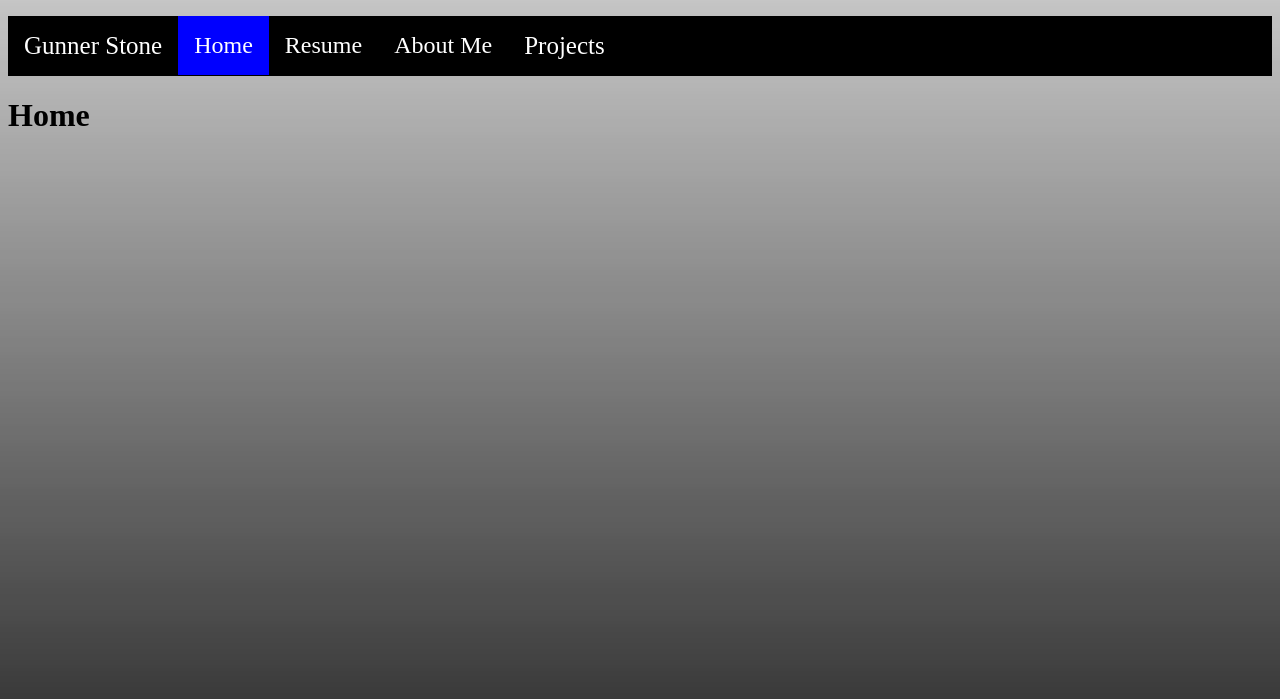
Repository: GunnarStone/GunnarStone.github.io
Page: index.html
The author's editor kept a record of every edit. The page is drawn from the files as they stood at one moment, then again after the next edit.
The browser window is 1280 px wide. The pictures show the whole page.

Above is the page before.

### index.html
<!DOCTYPE html>
<html>
<head>
<title>Home</title>
<link rel="stylesheet" type="text/css" href="style.css">
</head>
<body>
    <ul class=navbar>
        <li id="me">Gunner Stone</li>
        <li class="active"><a href="index.html">Home</a></li>
        <li><a href="resume.html">Resume</a></li>
        <li><a href="aboutme.html">About Me</a></li>
        <li class="dropdown">
            <div class="youre-Special" >Projects</div>
            <ul class="dropdown-cnt">
                <li><a href="project1.html">Project One</a></li>
                <li><a href="project2.html">Project Two</a></li>
                <li><a href="project3.html">Project Three</a></li>
            </ul>
        </li>
    </ul>
    <h1>Home</h1>
<script>



</script>
</body>
</html>

### style.css

    .navbar {
        list-style:none;
        background-color:Black;
        overflow: hidden;
        padding:0;
    }
    .navbar a{
        text-decoration:none;
        color:white;
        font-size:24px;
        padding:16px;
        display: inline-block;
    }
    .navbar li{
        float:left;
    }
    .navbar li:hover{
        background-color:Black;
    }
    .dropdown-cnt{
        list-style:none;
        padding:0;
        display:none;
    }
    .dropdown-cnt li{
        float:none;
        padding:0;
    }
    .navbar a, dropdown div {
        text-decoration:none;
        color:white;
        font-size:24px;
        padding:16px;
        display: inline-block;
    }
    .youre-Special{
        font-size: 25px;
        padding:16px;
        color:white;
        display:inline-block;
    }
    .dropdown:hover .dropdown-cnt{
        display:block;
    }
    .navbar a:hover{
        background-color:White;
        color:black;

    }
    .active {
        background-color:blue;
    }
        .navbar {
        list-style:none;
        background-color:Black;
        overflow: hidden;
        padding:0;
    }
    .navbar a{
        text-decoration:none;
        color:white;
        font-size:24px;
        padding:16px;
        display: inline-block;
    }
    .navbar li{
        float:left;
    }
    .navbar li:hover{
        background-color:Black;
    }
    .dropdown-cnt{
        list-style:none;
        padding:0;
        display:none;
    }
    .dropdown-cnt li{
        float:none;
        padding:0;
    }
    .navbar a, dropdown div {
        text-decoration:none;
        color:white;
        font-size:24px;
        padding:16px;
        display: inline-block;
    }
    .youre-Special{
        font-size: 25px;
        padding:16px;
        color:white;
        display:inline-block;
    }
    .dropdown:hover .dropdown-cnt{
        display:block;
    }
    .navbar a:hover{
        background-color:White;
        color:black;
    }
    .active{
        background-color:blue;
    }
    .youreOmegaSpecial{
        background-color:blue;
        font-size: 25px;
        padding:16px;
        color:white;
        display:inline-block;
    }
    .heyKid-yourePrettySpecial{
        background-color:blue;
    }
    body {
          background: url(data:[embedded picture, 1707 characters]) no-repeat center fixed;
          background-size: cover;
        }
    #me {
        color:white;
        font-size: 25px;
        padding:16px;
        display:inline-block;
    }
    .centerh1tag{
        text-align: center;
    }
    .center {
        text-align:center;
    }
    #footerColor{
        background-color:black;
        color:white;
    }

After the next edit:
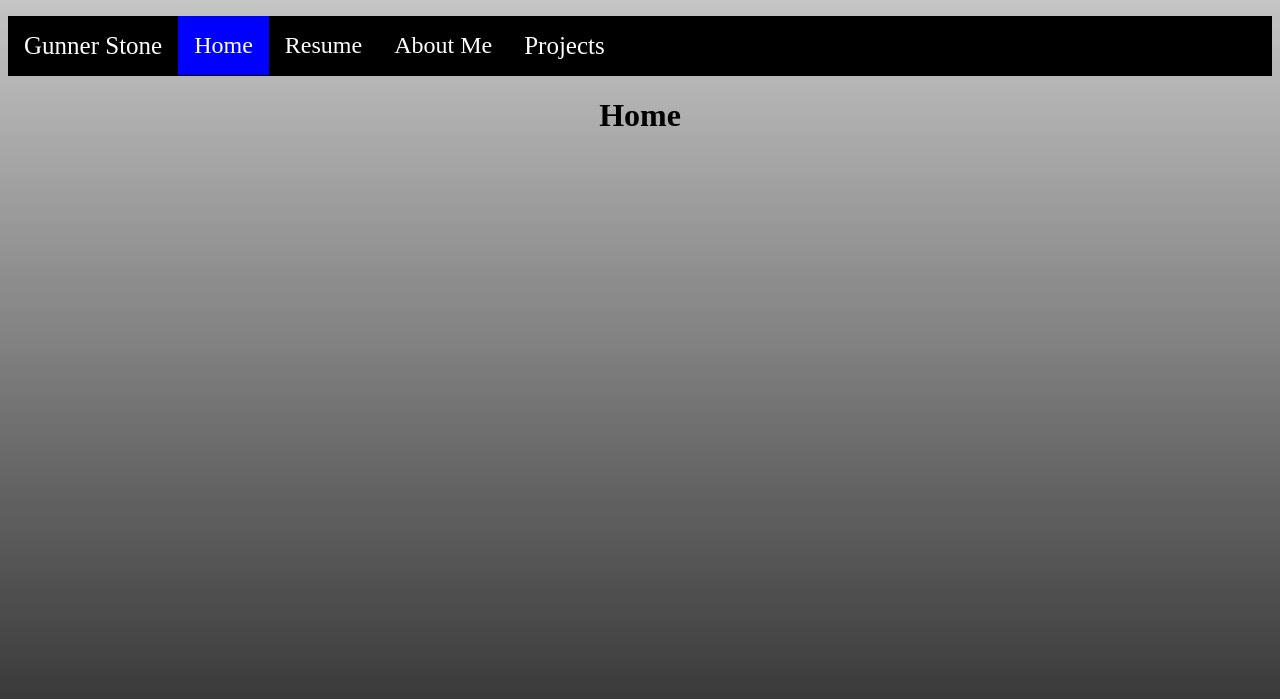
The edit:
--- a/index.html
+++ b/index.html
@@ -19,7 +19,7 @@
             </ul>
         </li>
     </ul>
-    <h1>Home</h1>
+    <h1 class="centerh1tag">Home</h1>
 <script>
 
 
